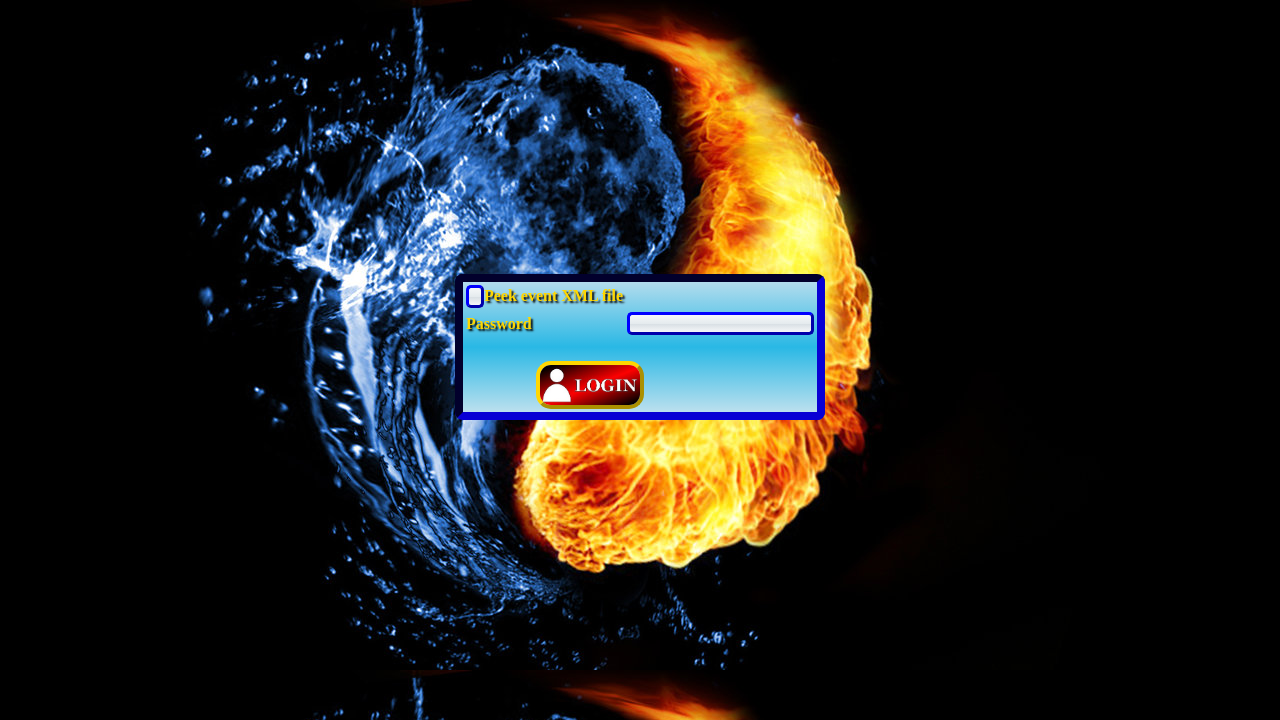
Repository: Albocoder/Event-handler
Page: loginBrain/WebContent/WEB-INF/adminPanel.html
These files come from the project's save history. The page is drawn as it stood at one moment and after the next save; the edit follows.
The browser window is 1280 px wide. The pictures show the whole page.

Above is the page before, as saved 2015-08-10 14:29:47.

### loginBrain/WebContent/WEB-INF/adminPanel.html
<!DOCTYPE html>
<html>
<head>
<title>Admin Panel</title>
<meta charset="UTF-8"/>
<style type="text/css">
	table{
			color: gold;
 			font-weight: bold;
			text-shadow: 2px 2px 2px black;
			border:8px inset #060080;
			border-radius: 8px;
background: rgba(179,220,237,1);
background: -moz-linear-gradient(top, rgba(179,220,237,1) 0%, rgba(41,184,229,1) 50%, rgba(188,224,238,1) 100%);
background: -webkit-gradient(left top, left bottom, color-stop(0%, rgba(179,220,237,1)), color-stop(50%, rgba(41,184,229,1)), color-stop(100%, rgba(188,224,238,1)));
background: -webkit-linear-gradient(top, rgba(179,220,237,1) 0%, rgba(41,184,229,1) 50%, rgba(188,224,238,1) 100%);
background: -o-linear-gradient(top, rgba(179,220,237,1) 0%, rgba(41,184,229,1) 50%, rgba(188,224,238,1) 100%);
background: -ms-linear-gradient(top, rgba(179,220,237,1) 0%, rgba(41,184,229,1) 50%, rgba(188,224,238,1) 100%);
background: linear-gradient(to bottom, rgba(179,220,237,1) 0%, rgba(41,184,229,1) 50%, rgba(188,224,238,1) 100%);
filter: progid:DXImageTransform.Microsoft.gradient( startColorstr='#b3dced', endColorstr='#bce0ee', GradientType=0 );
}
body {
	background-image:url('wallpaper.jpg');
}

table{
	margin-top: 230px;
}

input.input{
	border: 4px outset gold;
	border-radius: 15px;
	margin-left: 70px;
}

input{
	border: 3px outset blue;
	border-radius: 5px;
	color: black;
	background: rgb(246,248,249); /* Old browsers */
	background: -moz-linear-gradient(top,  rgba(246,248,249,1) 0%, rgba(229,235,238,1) 50%, rgba(215,222,227,1) 51%, rgba(245,247,249,1) 100%); /* FF3.6+ */
	background: -webkit-gradient(linear, left top, left bottom, color-stop(0%,rgba(246,248,249,1)), color-stop(50%,rgba(229,235,238,1)), color-stop(51%,rgba(215,222,227,1)), color-stop(100%,rgba(245,247,249,1))); /* Chrome,Safari4+ */
	background: -webkit-linear-gradient(top,  rgba(246,248,249,1) 0%,rgba(229,235,238,1) 50%,rgba(215,222,227,1) 51%,rgba(245,247,249,1) 100%); /* Chrome10+,Safari5.1+ */
	background: -o-linear-gradient(top,  rgba(246,248,249,1) 0%,rgba(229,235,238,1) 50%,rgba(215,222,227,1) 51%,rgba(245,247,249,1) 100%); /* Opera 11.10+ */
	background: -ms-linear-gradient(top,  rgba(246,248,249,1) 0%,rgba(229,235,238,1) 50%,rgba(215,222,227,1) 51%,rgba(245,247,249,1) 100%); /* IE10+ */
	background: linear-gradient(to bottom,  rgba(246,248,249,1) 0%,rgba(229,235,238,1) 50%,rgba(215,222,227,1) 51%,rgba(245,247,249,1) 100%); /* W3C */
	filter: progid:DXImageTransform.Microsoft.gradient( startColorstr='#f6f8f9', endColorstr='#f5f7f9',GradientType=0 ); /* IE6-9 */

}
</style>
</head>
<body>
<center>
<table>
<br>
<br>
<tr><td><input name="un" type="button" />Peek event XML file</td></tr>
<tr><td>Password</td><td><input name="pw" type="password" /></td></tr>
<tr>
<td colspan = "2">
</tr>
<tr><td colspan="2">
<br>
<input class="input" type="image" src="login.jpg" alt="login" align="center" width="100" height="40">
</td>
</tr>
</form>
</table>
</center>
</body>
</html>

After the next save:
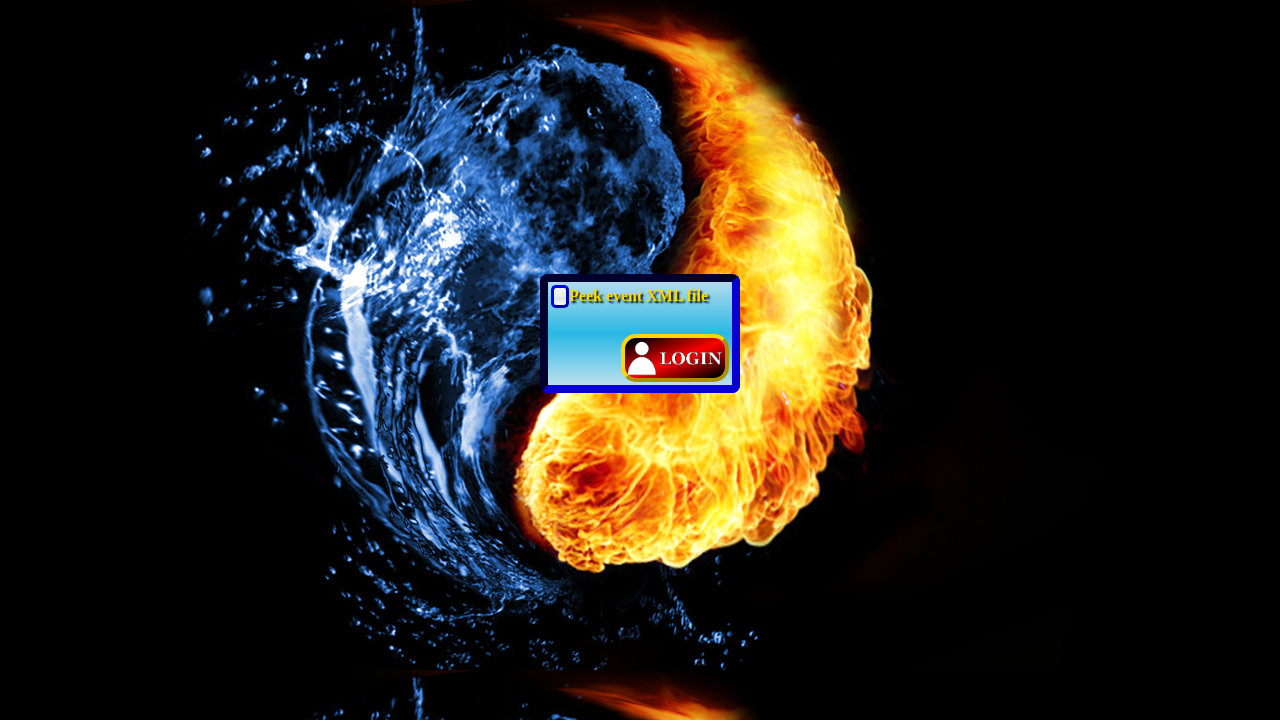
Saved 22 s later.
--- a/loginBrain/WebContent/WEB-INF/adminPanel.html
+++ b/loginBrain/WebContent/WEB-INF/adminPanel.html
@@ -55,7 +55,6 @@ input{
 <br>
 <br>
 <tr><td><input name="un" type="button" />Peek event XML file</td></tr>
-<tr><td>Password</td><td><input name="pw" type="password" /></td></tr>
 <tr>
 <td colspan = "2">
 </tr>
